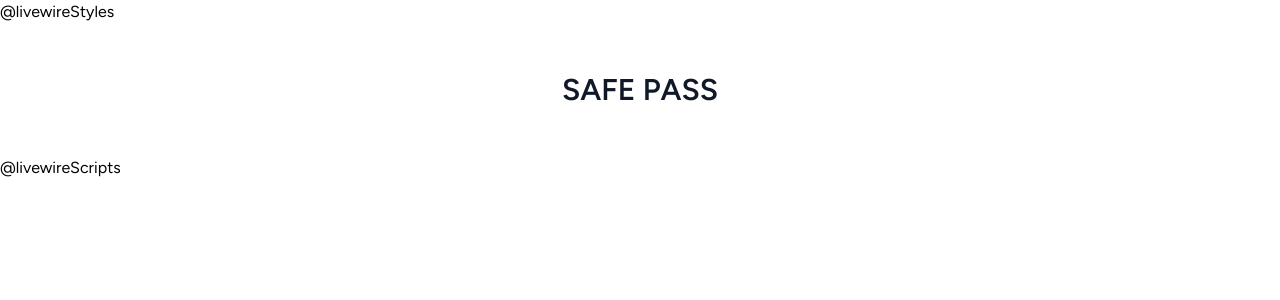
Repository: armendzz/safepass
Page: http://localhost/
An editor plug-in stored every save of this project. The page is shown before and after the next save, followed by the edit.
The browser window is 1280 px wide. The pictures show the whole page.
The page is served by the project's Laravel application, run on PHP 8.4 with Laravel 12. Other server files are loaded and not shown. Style sheets and scripts are compiled from the project's sources, by tool versions that may differ from the author's.

Above is the page before, as saved 2024-11-05 16:42:36.

### routes/web.php
<?php

use Illuminate\Support\Facades\Route;

Route::get('/', [App\Http\Controllers\HomeController::class, 'index'])->name('home.index');

Route::middleware([
    'auth:sanctum',
    config('jetstream.auth_session'),
    'verified',
])->group(function () {
    Route::get('/dashboard', function () {
        return view('dashboard');
    })->name('dashboard');
});

### resources/views/home.blade.php
<x-guest-layout>
    <x-slot name="header">
        <h2 class="font-semibold text-xl text-gray-800 leading-tight">
            {{ __('Dashboard') }}
        </h2>
    </x-slot>

    <div class="py-12">
        <div class="max-w-7xl mx-auto sm:px-6 lg:px-8">
           <h1 class="text-3xl font-bold text-center">SAFE PASS</h1>
        </div>
    </div>
</x-guest-layout>

Loaded but not shown: app/Http/Controllers/HomeController.php (common file); app/Http/Controllers/Controller.php (common file); app/View/Components/GuestLayout.php (common file); resources/views/layouts/guest.blade.php (common file); resources/css/app.css (common file); tailwind.config.js (common file)

After the next save:
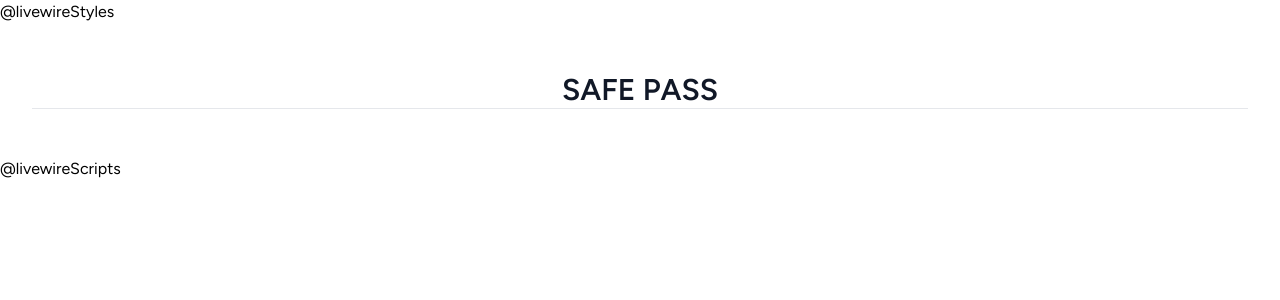
Saved 6 s later.
--- a/resources/views/home.blade.php
+++ b/resources/views/home.blade.php
@@ -7,7 +7,7 @@
 
     <div class="py-12">
         <div class="max-w-7xl mx-auto sm:px-6 lg:px-8">
-           <h1 class="text-3xl font-bold text-center">SAFE PASS</h1>
+           <h1 class="text-3xl font-bold text-center border-b">SAFE PASS</h1>
         </div>
     </div>
 </x-guest-layout>
